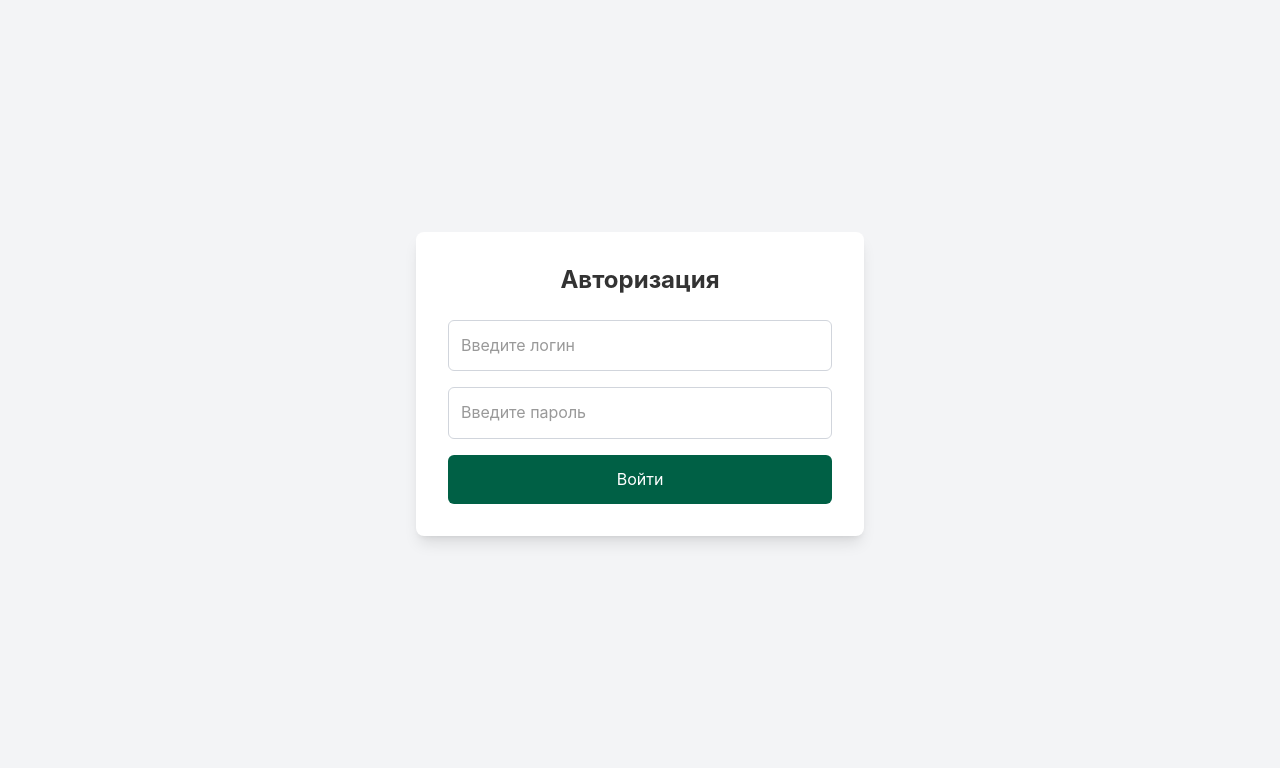
Repository: vladzap2423/delo-frontend
Page: /login
The author's editor kept a copy of each file at every save. The page is drawn from the files as they stood at one save, then again after the next save.
The browser window is 1280 px wide. The pictures show the whole page.
The project was rebuilt for these pictures with package versions that can differ from the ones it lists, and the page was loaded fresh each time. The framework's server and built-in components were replaced by stand-ins that run in the browser. Also part of the build but not shown: next.config.ts.

Above is the page before, as saved 2025-09-11 13:17:53.

After the next save:
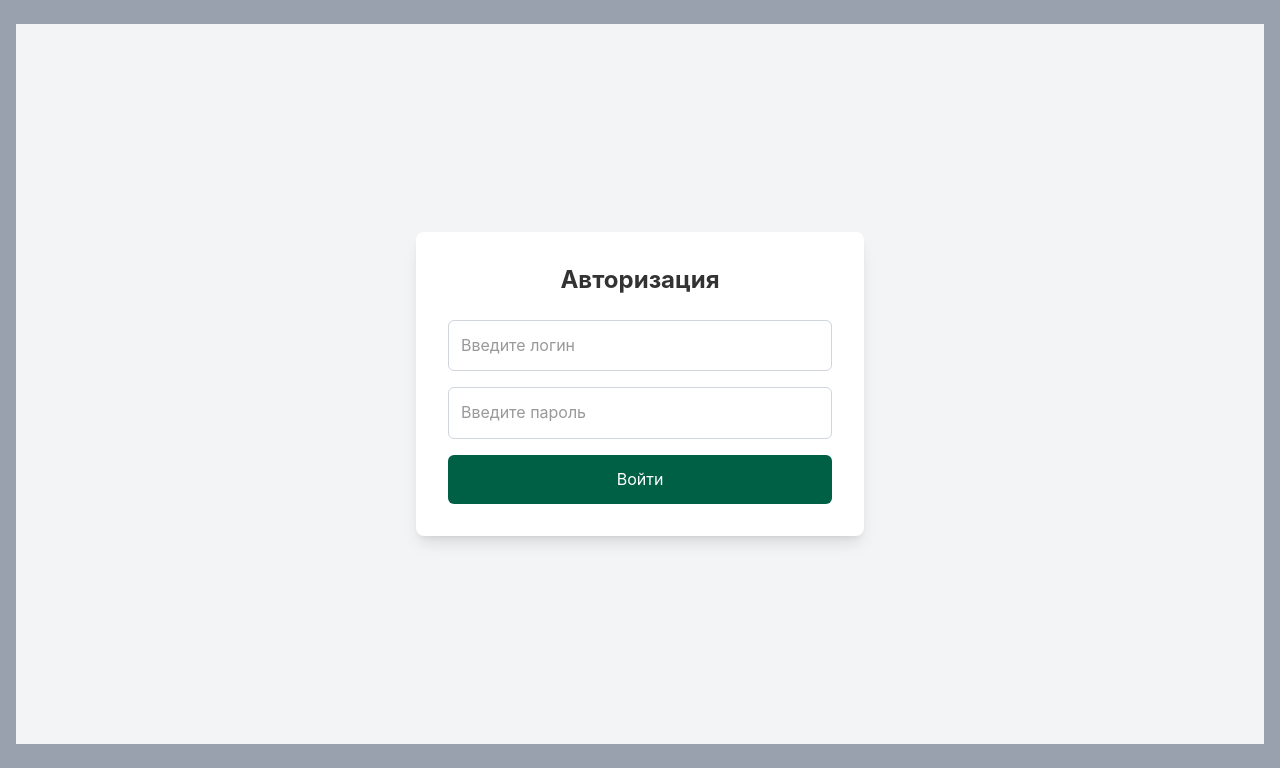
Saved 8 s later.
--- a/src/app/layout.tsx
+++ b/src/app/layout.tsx
@@ -25,7 +25,7 @@
   return (
     <html lang="en">
       <body className={`${geistSans.variable} ${geistMono.variable} antialiased`}>
-        <div className="container mx-auto px-4 py-6 bg-gray-100">
+        <div className="container mx-auto px-4 py-6 bg-gray-400">
           {children}
         </div>
       </body>

After the save that followed:
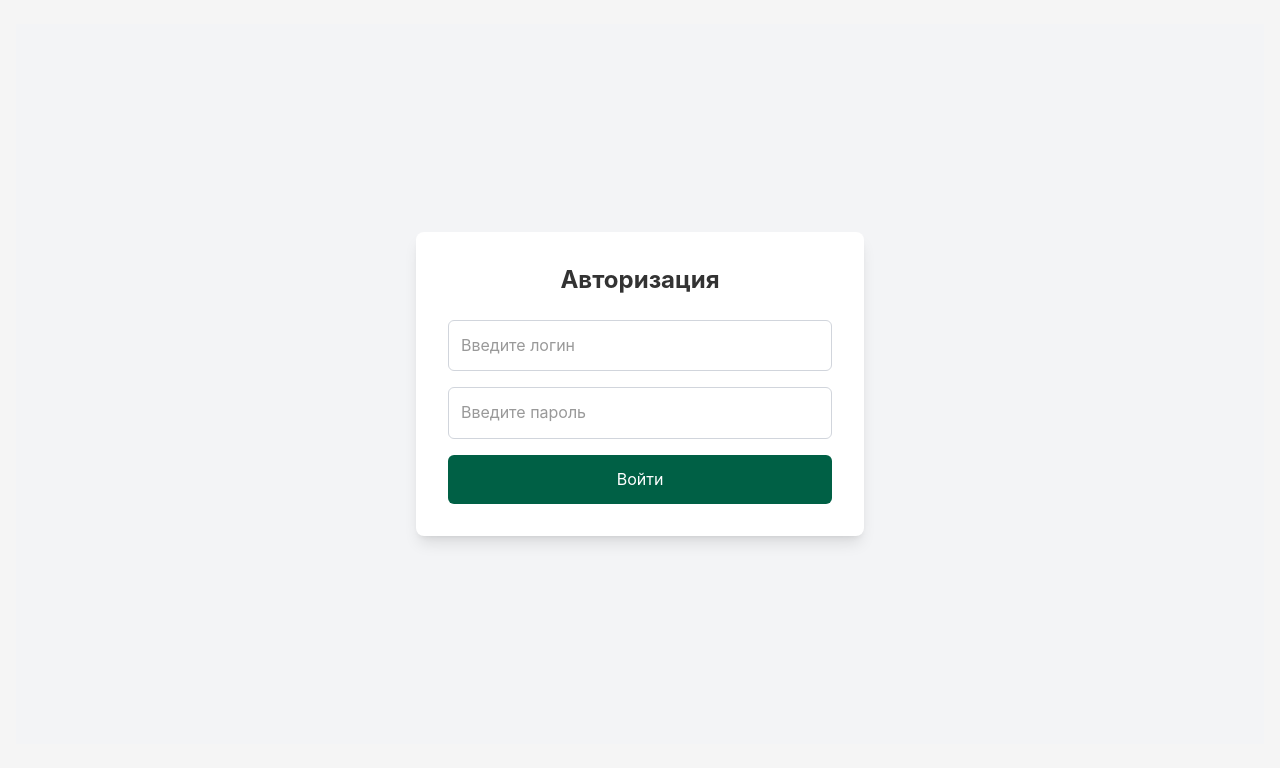
Saved 10 s later.
--- a/src/app/layout.tsx
+++ b/src/app/layout.tsx
@@ -25,7 +25,7 @@
   return (
     <html lang="en">
       <body className={`${geistSans.variable} ${geistMono.variable} antialiased`}>
-        <div className="container mx-auto px-4 py-6 bg-gray-400">
+        <div className="container mx-auto px-4 py-6 bg-gray-250">
           {children}
         </div>
       </body>
